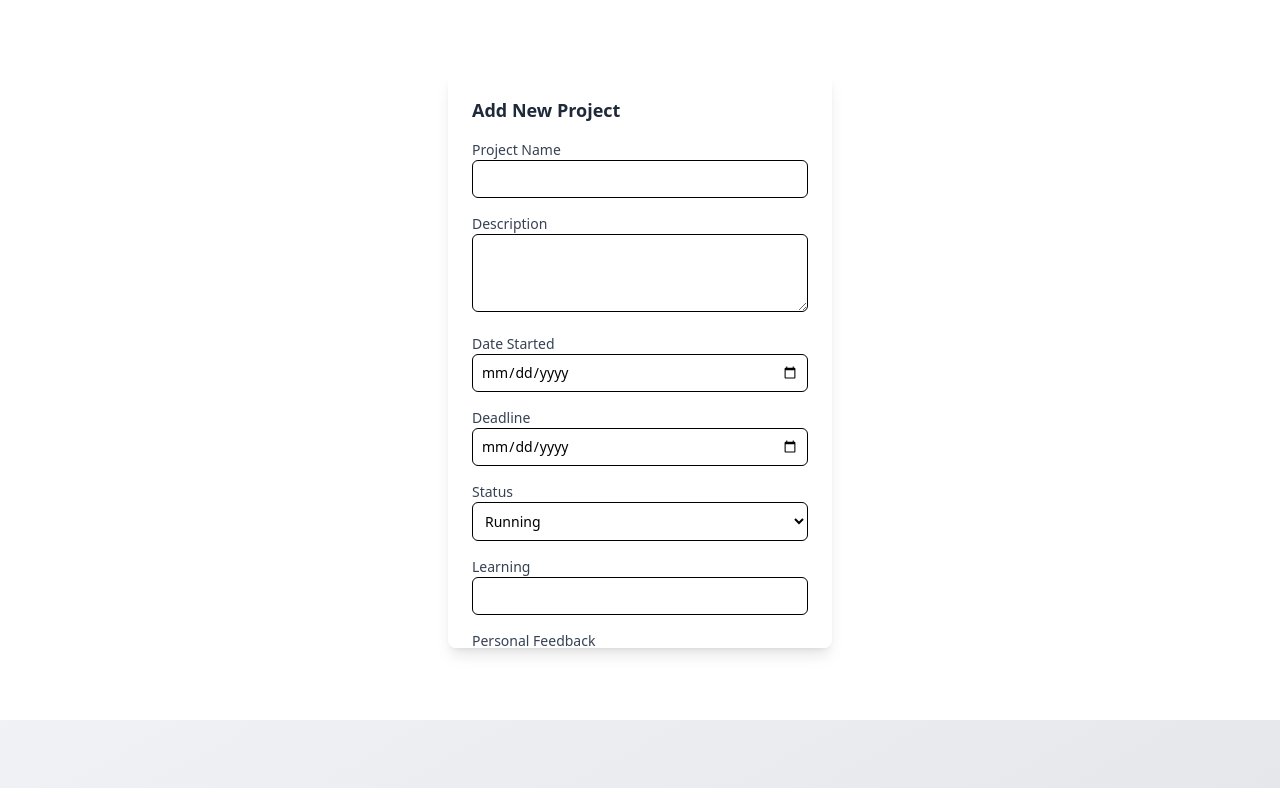
Repository: mohitagrawal0412/Workify
Page: /projects (app in client/), after clicking the first element matching `button.bg-indigo-600`
An editor plug-in stored every save of this project. The page is shown before and after the next save, followed by the edit.
The browser window is 1280 px wide. The pictures show the whole page.
The project was rebuilt for these pictures with package versions that can differ from the ones it lists, and the page was loaded fresh each time. Also part of the build but not shown: client/vite.config.js, client/src/index.css, client/src/Components/Dashboard/Dashboard.jsx, client/src/Components/Dashboard/ProjectDetails.jsx, client/src/Components/Dashboard/EntryDetails.jsx, client/src/Components/Dashboard/SubEntryDetails.jsx.

Above is the page before, as saved 2025-04-15 14:48:31.

After the next save:
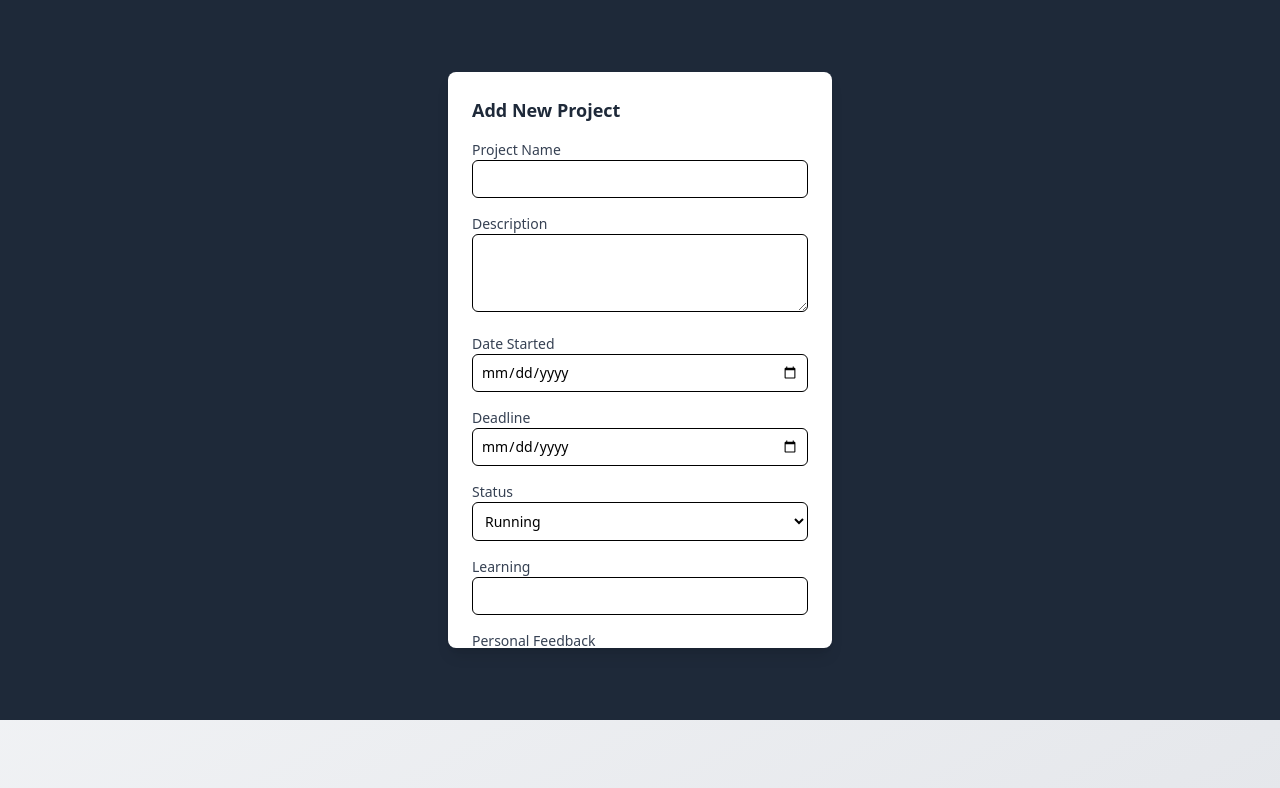
Saved 34 s later.
--- a/client/src/Components/Dashboard/AddProjectModal.jsx
+++ b/client/src/Components/Dashboard/AddProjectModal.jsx
@@ -29,7 +29,8 @@ const AddProjectModal = ({ showModal, handleClose, handleAddProject }) => {
     return (
         <>
             {showModal && (
-                <div className="fixed inset-0 bg-white bg-opacity-50 flex justify-center items-center">
+                <div className="fixed inset-0 bg-gray-800 bg-opacity-30 flex justify-center items-center">
+
 
                     {/* <div className="fixed inset-0 bg-transparent flex justify-center items-center"> */}
 
